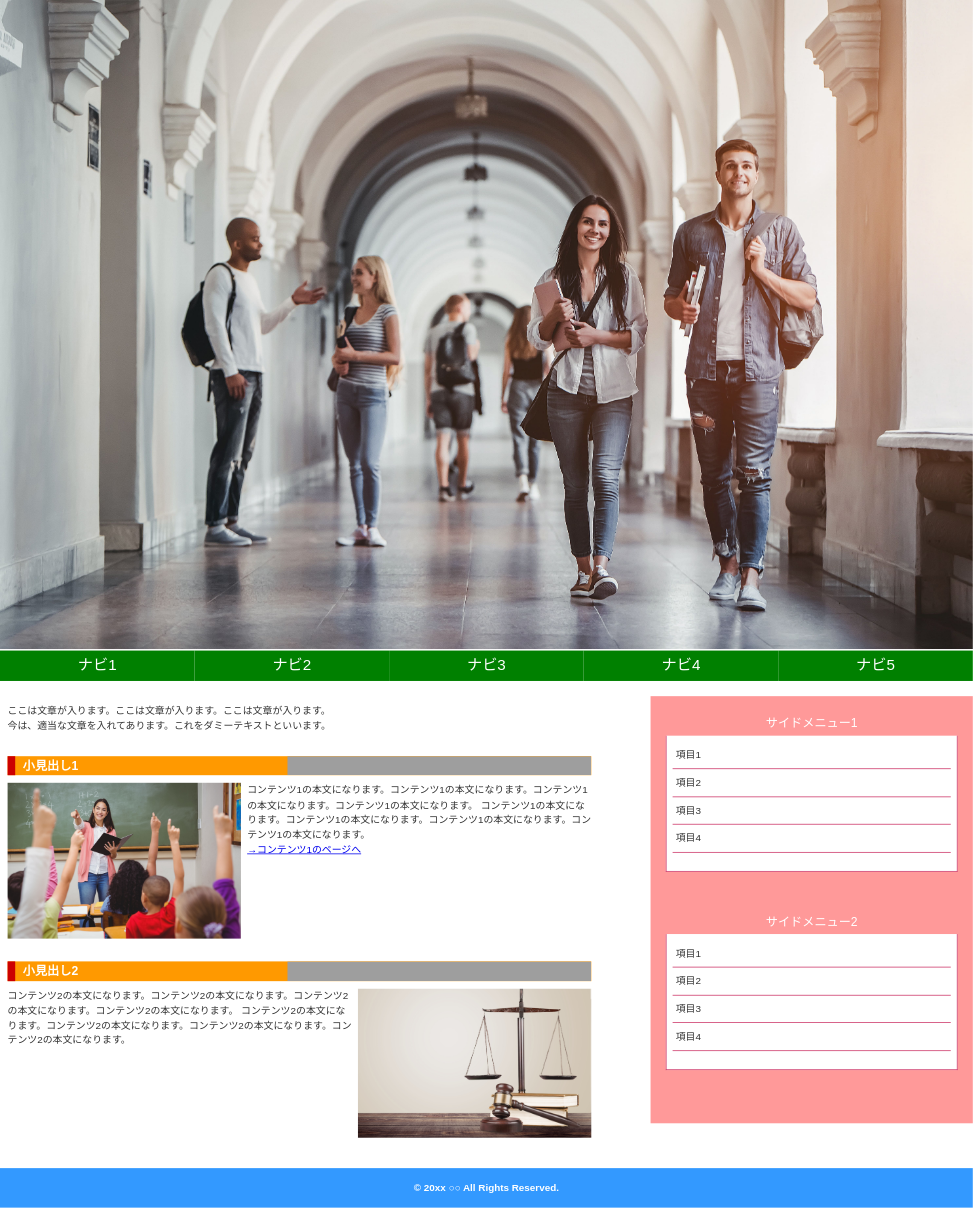
Repository: drumskoji/samurai_HTML-CSS
Page: home.html
The author's editor kept a record of every edit. The page is drawn from the files as they stood at one moment, then again after the next edit.
The browser window is 1280 px wide. The pictures show the whole page, at 76% of full size.
Pictures or frames that could not be fetched are drawn as grey boxes.

Above is the page before.
Not found: images/side_box.png
Not found: images/side_box_h2.png

### home.html
<!DOCTYPE html>
<html lang="ja">
    <head>
        <meta charset="utf-8">
        <title>HTML/CSSの学習</title>
        <link rel="stylesheet" href="stylesheet.css">
    </head>
    <body>
        <div id="header">
            <h1><a href="index.html"><img id="corridor" src="image/corridor.jpg" alt="大学の廊下" /></a></h1>
        </div>
        <div id="wrapper">
            <div id="nav">
                <ul>
                    <li><a href="home.html">ナビ1</a></li>
                    <li><a href="#">ナビ2</a></li>
                    <li><a href="#">ナビ3</a></li>
                    <li><a href="#">ナビ4</a></li>
                    <li><a href="#">ナビ5</a></li>
                </ul>
           </div>
            <div id="container">
                <div id="main">
                    <div class="post">
                        <p>ここは文章が入ります。ここは文章が入ります。ここは文章が入ります。<br />今は、適当な文章を入れてあります。これをダミーテキストといいます。</p>
                    </div>
                    <div class="post clearfix">
                        <h2>小見出し1</h2>
                        <img class="left" src="image/classroom.jpg" alt="授業風景" />
                        <p>
                            コンテンツ1の本文になります。コンテンツ1の本文になります。コンテンツ1の本文になります。コンテンツ1の本文になります。
                            コンテンツ1の本文になります。コンテンツ1の本文になります。コンテンツ1の本文になります。コンテンツ1の本文になります。
                        </p>
                        <p><a href="#">→コンテンツ1のページへ</a></p>
                    </div>
                    <div class="post clearfix">
                        <h2>小見出し2</h2>
                        <img class="right" src="image/scale.jpg" alt="天秤" />
                        <p>
                            コンテンツ2の本文になります。コンテンツ2の本文になります。コンテンツ2の本文になります。コンテンツ2の本文になります。
                            コンテンツ2の本文になります。コンテンツ2の本文になります。コンテンツ2の本文になります。コンテンツ2の本文になります。
                        </p>
                    </div>
                </div>
                <div id="side">
                <div class="box">
                    <h2>サイドメニュー1</h2>
                    <div class="boxBody">
                        <ul>
                            <li>項目1</li>
                            <li>項目2</li>
                            <li>項目3</li>
                            <li>項目4</li>
                        </ul>
                    </div>
                </div>
                <div class="box">
                    <h2>サイドメニュー2</h2>
                    <div class="boxBody">
                        <ul>
                            <li>項目1</li>
                            <li>項目2</li>
                            <li>項目3</li>
                            <li>項目4</li>
                        </ul>
                    </div>
                </div>
            </div>
            </div>
        <div id ="footer">
            <p>&copy; 20xx ○○ All Rights Reserved.</p>
        </div>
    </body>
</html>

### stylesheet.css
@charset "utf-8";

body {
	margin: 0;
	padding: 0;
	font-family: "ヒラギノ角ゴ Pro W3", "Hiragino Kaku Gothic Pro", "メイリオ", Meiryo, Osaka, "ＭＳ Ｐゴシック", "MS PGothic", sans-serif;
	color: #333;
	font-size: 13px;
	line-height: 150%;
}

/* -------------------- wrapper -------------------- */
#wrapper {
	width: 100%;
	margin: auto;
	padding: 0px;
	border: 0px;
	background-color: #FFF;
	top: 10px;
}

/* -------------------- header -------------------- */
#header {
	width: 100%;
}
#header h1 {
	margin: 0;
	padding: 0;
}

#corridor {
	width: 100%;
	height: auto;
}

/* -------------------- footer -------------------- */
#footer {
	clear: both;
	width: 100%;
	padding: 3px 0 3px 0;
	background: #39F;
	color: #FFF;
	font-weight: bold;
	text-align: center;
}

/* -------------------- nav -------------------- */
 #nav {
	 width: 100%;
 }
 #nav ul {
	 margin: 0;
	 padding: 0;
	 list-style-type: none;
 }
 #nav ul li {
	 float: left;
	 width: 20%;
	 text-align: center;
 }
 #nav ul li a {
	 display: block;
	 height: 20px;
	 margin: 0;
	 padding: 10px;
	 color: #FFF;
	 font-size: 20px;
	 text-decoration: none;
	 background-color: green;
 }


 /* -------------------- container -------------------- */
 #container {
	 width: 100%;
	 margin: auto ;
	 padding: auto;
	 padding-top: 20px;
	 clear: both;
 }
 /* -------------------- main -------------------- */
 #main {
	 float: left;
	 width: 60%;
	 padding: 10px 30px 10px 10px;
 }
 #main h2 {
	 margin: 0 0 10px 0;
	 padding: 3px 10px 3px 10px;
	 color: #FFF;
	 font-size: 16px;
	 border-left: solid 10px #C00;
	 background: #F90 url(../images/main_h2.jpg) right top repeat-y;
 }
 #main p {
	 margin: 0;
	 padding: 0;
 }
 #main .post {
	 margin: 0 0 30px 0;
 }

 #main .post img.right {
	 margin: 0 0 0 8px;
 }
 #main .post img.left {
	 margin: 0 8px 0 0;
 }

 .right {
	 float: right;
	 width: 40%;
	 height: auto;
 }
 .left {
	 float: left;
	 width: 40%;
	 height: auto;
 }

 /* -------------------- clearfix -------------------- */
 .clearfix {
	 zoom: 1;
 }
 .clearfix:after{
	 content: "";
	 display: block;
	 clear: both;
 }

 /* -------------------- side -------------------- */
 #side {
 	 float: right;
 	 width: 30%;
 	 padding: 20px;
 	 background-color: #F99;
 }
 #side .box {
 	 margin: 0 auto 30px auto;
 	 padding: 0 0 20px 0;
 	 background: url(images/side_box.png) bottom no-repeat;
 }
 #side .box h2 {
 	 margin: 0;
 	 padding: 8px;
 	 text-align: center;
 	 color: #fff;
 	 font-size: 16px;
 	 line-height: 16px;
 	 font-weight: normal;
 	 background: url(images/side_box_h2.png) center no-repeat;
 }
 #side .box .boxBody {
 	 padding: 8px;
 	 border-right: solid 1px #C36;
 	 border-bottom: solid 1px #C36;
 	 border-left: solid 1px #C36;
 	 background: #fff;
 }
 #side .box .boxBody ul {
 	 margin: 0 0 16px 0;
 	 padding: 0;
 }
 #side .box .boxBody ul li {
 	 padding: 8px 0 8px 4px;
 	 list-style: none;
 	 border-bottom: solid 1px #C36;
 }

After the next edit:
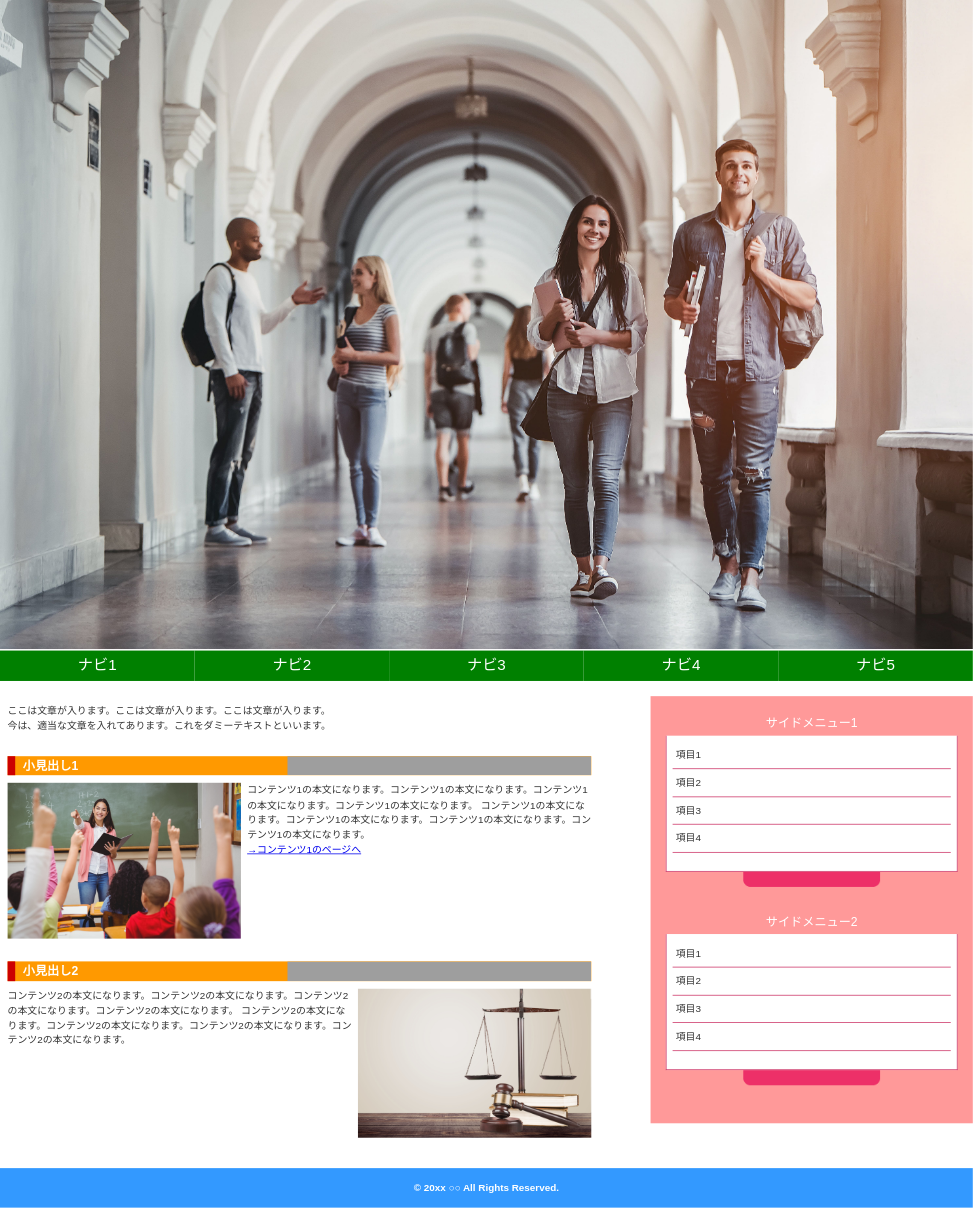
The edit:
--- a/stylesheet.css
+++ b/stylesheet.css
@@ -138,7 +138,7 @@
  #side .box {
  	 margin: 0 auto 30px auto;
  	 padding: 0 0 20px 0;
- 	 background: url(images/side_box.png) bottom no-repeat;
+ 	 background: url(image/side_box.png) bottom no-repeat;
  }
  #side .box h2 {
  	 margin: 0;
